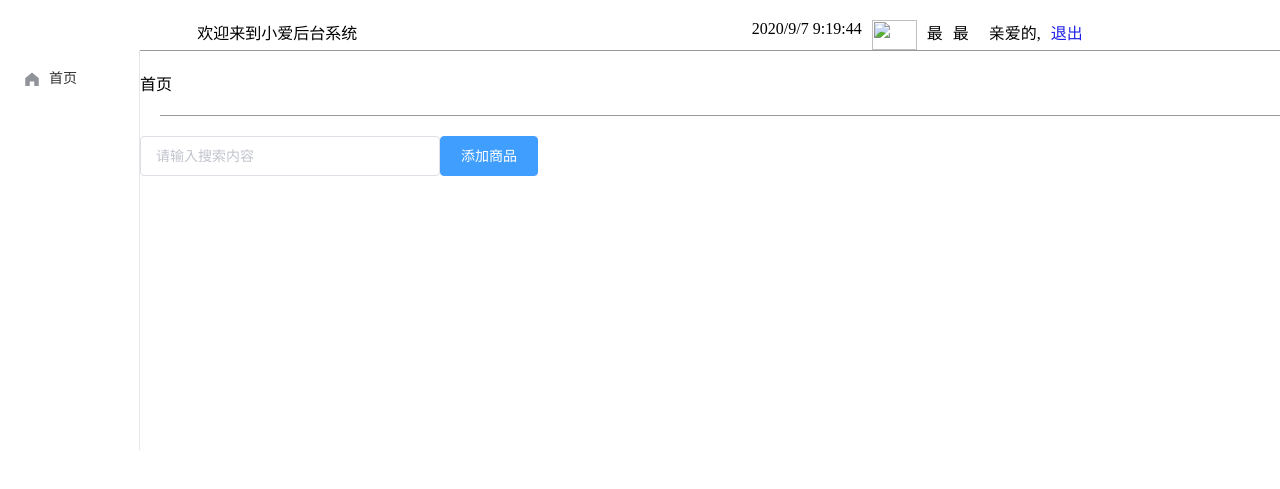
Repository: wujingwenwu/system
Page: /goods/goods
The author's editor kept a copy of each file at every save. The page is drawn from the files as they stood at one save, then again after the next save.
The browser window is 1280 px wide. The pictures show the whole page.
The page's requests for data from a server got no answer. The project was rebuilt for these pictures with package versions that can differ from the ones it lists, and the page was loaded fresh each time. No one was signed in, and anything a server would have sent is missing. Also part of the build but not shown: vue.config.js, src/views/Home.vue.

Above is the page before, as saved 2020-09-07 10:42:22.

### public/index.html
<!DOCTYPE html>
<html lang="en">
  <head>
    <meta charset="utf-8">
    <meta http-equiv="X-UA-Compatible" content="IE=edge">
    <meta name="viewport" content="width=device-width,initial-scale=1.0">
    <link rel="icon" href="<%= BASE_URL %>favicon.ico">
    <title><%= htmlWebpackPlugin.options.title %></title>
  </head>
  <body>
    <noscript>
      <strong>We're sorry but <%= htmlWebpackPlugin.options.title %> doesn't work properly without JavaScript enabled. Please enable it to continue.</strong>
    </noscript>
    <div id="app"></div>
    <!-- built files will be auto injected -->
    <!--[if lte IE 9]>
    <div style='position:absolute; top: 50%; left:50%; margin-top: -50px;margin-left: -400px; align-items: center;justify-content: center;'>
      <div style='width: 800px; height: 100px;text-align: center'>
        <h1>
        您的浏览器版本过低 请下载最新的谷歌浏览器
      </h1>
      <div style='text-align: center;width: 800px'>
        <a href='https://www.chromestatus.com/feature/5636954674692096'>下载谷歌浏览器点此链接</a>
      </div>
      </div>
    </div>
  <![endif]-->
  </body>
</html>

### src/main.js
import Vue from "vue";
import App from "./App.vue";
import router from "./router";
import store from "./store";
import './bus'
import axios from 'axios';
import ElementUI from 'element-ui'
import 'element-ui/lib/theme-chalk/index.css'
import  echarts from 'echarts';
Vue.config.productionTip = false;
Vue.prototype.$axios = axios;
Vue.use(ElementUI)
Vue.prototype.$echarts = echarts;
new Vue({
  router,
  store,
  render: h => h(App)
}).$mount("#app");

### src/App.vue
<template>
  <div id="app">
    <router-view />
  </div>
</template>

<style lang="scss">
@import "../src/style/demo";
* {
  margin: 0;
  padding: 0;
}
</style>

### src/router/index.js
import Vue from "vue";
import VueRouter from "vue-router";
import Home from "../views/Home.vue";
import Public from '../views/publics/Public'
Vue.use(VueRouter);

const routes = [
  {
    path: '/Home',
    redirect: '/'
  },
  {
    path: "/about",
    name: "About",
    // route level code-splitting
    // this generates a separate chunk (about.[hash].js) for this route
    // which is lazy-loaded when the route is visited.
    component: () =>
      import(/* webpackChunkName: "about" */ "../views/About.vue")
  },
  {
    path: "/login",
    name: "Login",
    component: () =>
      import("../views/login/Login"),

  },
  {
    path: "/",
    name: "首页",
    component: Public,
    children: [
      {
        path: "",
        name: "Home",
        component: Home,
        meta: {
          title: "首页",
          icon: 'el-icon-s-home'
        },
      }
    ]
  },
  {
    path: "/users",
    name: "Public",
    component: Public,
    meta: {
      title: "用户管理",
      icon: 'el-icon-user-solid',
    },
    children: [
      {
        path: "users",
        name: "Users",
        component: () => import("../views/users/Users"),
        meta: {
          title: "用户列表",
          icon: 'el-icon-folder-opened',
          path: "/users/users"
        },
      }

    ]
  },
  {
    path: "/rights",
    name: "Public",
    component: Public,
    meta: {
      title: "权限管理",
      icon: 'el-icon-folder'
    },
    children: [
      {
        path: "roles",
        name: "Roles",
        component: () => import("../views/roles/Roles"),
        meta: {
          title: "角色列表",
          icon: 'el-icon-setting',
          path: '/rights/roles'
        },
      },
      {
        path: "rights",
        name: "Roles",
        component: () => import("../views/rights/Rights"),
        meta: {
          title: "权限列表",
          icon: 'el-icon-c-scale-to-original',
          path: '/rights/rights'
        },
      },
    ]
  },
  {
    path: "/goods",
    name: "Public",
    component: Public,
    meta: {
      title: "商品管理",
      icon: 'el-icon-shopping-bag-2'
    },
    children: [
      {
        path: "goods",
        name: "Goods",
        component: () => import("../views/goods/Goods"),
        meta: {
          title: "商品列表",
          icon: 'el-icon-bangzhu',
          path: '/goods/goods'
        },
      },
      {
        path: "params",
        name: "Params",
        component: () => import("../views/params/Params"),
        meta: {
          title: "分类参数",
          icon: 'el-icon-bell',
          path: '/goods/params'
        },
      },
      {
        path: "categories",
        name: "Categories",
        component: () => import("../views/categories/Categories"),
        meta: {
          title: "商品分类",
          icon: 'el-icon-date',
          path: '/goods/categories'
        },
      },
    ]
  },
  {
    path: "/orders",
    name: "Public",
    component: Public,
    meta: {
      title: "订单管理",
      icon: 'el-icon-s-order'
    },
    children: [
      {
        path: "orders",
        name: "Orders",
        component: () => import("../views/orders/Orders"),
        meta: {
          title: "订单列表",
          icon: 'el-icon-folder-add',
          path: '/orders/orders'
        },
      }

    ]
  },
  {
    path: "/reports",
    name: "Public",
    component: Public,
    meta: {
      title: "数据统计",
      icon: 'el-icon-message'
    },
    children: [
      {
        path: "reports",
        name: "Reports",
        component: () => import("../views/reports/Reports"),
        meta: {
          title: "数据报表",
          icon: 'el-icon-position',
          path: '/reports/reports'
        },
      }

    ]
  },
];

const router = new VueRouter({
  mode: "history",
  base: process.env.BASE_URL,
  routes
});

export default router;

### src/store/index.js
import Vue from "vue";
import Vuex from "vuex";
import login from './login/login';
import publics from './publics/publics';
import report from './report/report';
import management  from './management/management';
import jurisdiction from './jurisdiction/jurisdiction';
import goodser from './goodser/goodser'
Vue.use(Vuex);

export default new Vuex.Store({
  state: {},
  mutations: {},
  actions: {},
  modules: {
    login,
    publics,
    report,
    management,
    jurisdiction,
    goodser
  }
});

### src/bus/index.js
import Vue from 'vue'
const bus = new Vue()
Vue.prototype.$bus = bus

### src/style/demo.scss
.d-f{
    display: flex;
    /* 弹性盒模型 */
}
.f-s-12{
    font-size: 12px;
    /* 字体大小为12px */
}
.f-s-14{
    font-size: 14px;
    /* 字体大小为14px */
}
.f-s-16{
    font-size: 16px;
    /* 字体大小为16px */
}
.f-w{
    font-weight: 700;
    /*字体 加粗 */
}
.f-c-ho{
    color: #f00;
    /* 红色 */
}
.f-c-hu{
    color: #ccc;
    /* 灰色 */
}
.f-c-b{
    color: #ffffff;
    /* 白色 */
}
.f-c-he{
    color: #000;
    /* 黑色 */
}
.t-a-l{
    text-align: left;
    /* 文本左对齐 */
}
.t-a-c{
    text-align: center;
    /* 文本居中 */
}
.t-a-r{
    text-align: right;
    /* 文本右对齐 */
}
.t-d-u{
    text-decoration: underline;
    /* 装饰在文本底部 */
}
.t-d-o{
    text-decoration: overline;
    /* 装饰在顶部 */
}
.t-d-l-t{
    text-decoration: line-through;
    /* 装饰在文本中间 */
}
.d-i{
    display: inline;
    /* 块级元素装换成行内元素 */
}
.d-i-b{
    display: inline-block;
    /* 块级元素装换成行内块元素 */
}
.d-b{
    display: block;
    /* 行内和行内块元素装换成块级元素 */
}
.d-n{
    display: none;
    /* 隐藏元素 */
}
.p-r{
    position: relative;
    /* 相对定位 */
}
.p-a{
    position: absolute;
    /* 绝对定位 */
}
.p-f{
    position: fixed;
    /* 固定定位 */
}
.b-r-50{
    border-radius: 50%;
    /* 圆角为50% */
}
.j-c-s-a{
    justify-content: space-around;
   /* 两边的子元素距离父元素的两边有间距，然后中间距离自动等分 */
}
.j-c-s-b{
    justify-content: space-between;
    /* 两边的子元素距离父元素没有间距，然后中间距离自动等分 */

}
.j-c-c{
    justify-content: center;
     /* 所有的子元素相当于父元素水平居中 */
}
.a-i-c{
    align-items: center;
    /* （竖轴排列方式）子元素相当于父元素垂直方向居中 */
}
.f-d-c{
    flex-direction: column;
    /* 弹性盒模型的竖项排列方式 */
}
*{
  margin: 0;
  padding: 0;
  /* 清除游览器的痕迹 */
}
.conter{
    display: flex;
    justify-content: center;
    /* 弹性盒模型，所有的文本在页面的中间 */
}
.warp{
   width: 1280px;
   /* 宽度为1280px，基本上不会超过1400px */
}
.o-h{
    overflow: hidden;
    /* 超出部分隐藏 */
}
.w-o-t{
    white-space: nowrap;
    overflow: hidden;
    text-overflow: ellipsis;
    /* 超出部分隐藏（只限字体） */
}
.d-n{
    display: none;
    /* 不占位置 */
}
.v-h{
    visibility: hidden;
    /* 占位置 */
}
.f-w-w{
    flex-wrap: wrap;
    /* 换行 */
}
.w-s-n{
    white-space: nowrap;
    /* 内容不换行 */
}
.m-t-20{
    margin-top: 20px;
    /* 向下20 */
}
.m-l-20{
    margin-left: 20px;

}
.m-t-10{
    margin-top: 10px;
}
.m-l-10{
    margin-left: 10px;
}
.b-c-hong{
    background-color: red;
}
.b-c-hei{
    background-color: black;
}
.b-c-bai{
    background-color: #ffffff;
}
.b-c-hui{
    background-color: #ccc;
}
.b-1-s-hong{
    border: 1px solid red;
}
.b-1-d-hong{
    border: 1px dashed red;
}
.b-1-s-bai{
    border: 1px solid #ffffff;
}
.b-1-d-bai{
    border: 1px dashed #ffffff;
}
.b-1-s-hei{
    border: 1px solid black;
}
.b-1-d-hei{
    border: 1px dashed black;
}
.b-1-s-hui{
    border: 1px solid #ccc;
}
.b-1-d-hui{
    border: 1px dashed #ccc;
}
.b-l-n{
    border-left: none;
    /* 左边框隐藏 */
}
.b-t-n{
    border-top: none;
}
.b-r-n{
    border-right: none;
}
.b-b-n{
    border-bottom: none;
}
.m-t-15{
    margin-top: 15px;
}
.m-t-30{
    margin-top: 30px;
}
.m-t-5{
    margin-top: 5px;
}
.b-none{
    border: none;
}
.f-s-18{
    font-size: 18px;
}
.m-l--10{
    margin-left: -10px;
}
.m-l-40{
    margin-left: 40px;
}
.m-t-40{
    margin-top: 40px;
}
.o-n{
    outline: none;
    /* 隐藏边框 */
}

### src/views/publics/Public.vue
<template>
<div>
  <div class="d-f publics j-c-s-a m-t-20">
    <div>欢迎来到小爱后台系统</div>
    <div class="d-f">
    <div>  {{ nowDate + ' ' + nowTime + ' ' }}</div>
     <div class="d-f m-l-10">

    <img :src="img" alt="" class="img">
    <div class="m-l-10">{{weather.type}}</div>
    <div>最{{weather.high}}</div>
    <div class="m-l-10">最{{weather.low}}</div>
    <div class="m-l-20">亲爱的,{{user}}</div>
    <div class="m-l-10 color" @click="toOut">退出</div>
    </div>
    </div>
  </div>
  <div class="d-f">
  <el-menu
      :default-active="$route.path"
      class="el-menu-vertical-demo"
      @open="handleOpen"
      @close="handleClose" unique-opened router>
       <el-menu-item index="/">
        <i class="el-icon-s-home"></i>
        <span slot="title">首页</span>
      </el-menu-item>
      <el-submenu :index="item.path" v-for="(item,index) in menus" :key="index" >
        <template slot="title">
         <i :class="item.icon"></i>
         <span>{{item.authName}}</span>
        </template>
        <el-menu-item-group v-for="(item1,index1) in item.children" :key="index1">

          <el-menu-item :index="item1.path"><i :class="item1.icon"></i>{{item1.authName}}</el-menu-item>

        </el-menu-item-group>
      </el-submenu>



    </el-menu>
    <div>
    <div class="show"></div>
    <div class="m-t-20">首页</div>
    <div class="show1 m-t-20"></div>
  <router-view></router-view>
  </div>
  </div>
  </div>
</template>

<script>
import { createNamespacedHelpers } from 'vuex'
const userModule = createNamespacedHelpers('publics')
const { mapState: userState, mapActions: userActions } = userModule
export default {
  name: "",
  props: {},
  data() {
    return {
      nowDate: "", // 当前日期
      nowTime: "", // 当前时间
      hous:'',
      weather:'',
      img:'',
      user:'',
      routes:''
    };
  },
  components: {},
  methods: {
    toOut(){
      this.$router.push('/login')
    },
    handleOpen(){

    },
    handleClose(){
    },
      ...userActions(['getMenus']),
      //获取当前时间
    currentTime() {
            setInterval(this.getDate, 500);
        },
        getDate: function() {
            var _this = this;
            let yy = new Date().getFullYear();
            let mm = new Date().getMonth() + 1;
            let dd = new Date().getDate();
            let hh = new Date().getHours();
            this.hous=new Date().getHours()
            let mf =
                new Date().getMinutes() < 10
                    ? "0" + new Date().getMinutes()
                    : new Date().getMinutes();
               let my =
                new Date().getSeconds() < 10
                    ? "0" + new Date().getSeconds()
                    : new Date().getSeconds();
            _this.nowTime = hh + ":" + mf +":"+ my;
            _this.nowDate = yy + "/" + mm + "/" + dd;
        },

  },
  mounted() {
    console.log(this.$router);
    this.routes=this.$router.options.routes
       this.getMenus()
      this.currentTime();
      //获取天气
     this.$axios
      .get("http://wthrcdn.etouch.cn/weather_mini?city=成都")
      .then((res) =>{
        // console.log(res.data.data);
        this.weather=res.data.data.forecast[0]//获取到当天的天气
        console.log(this.weather);
        if(this.weather.type=='多云'){
            this.img=require("../../image/90XB9(C7P}7EJ59[7O99%K5.png")
        }if(this.weather.type=='晴天'){
          this.img=require("../../image/{}BC(0D8R~BDMVK70GMGXYT.png")
        }if(this.weather.type=='小雨'){
          this.img=require("../../image/`1L(N@R7EQZ_8M3(AY`~O~C.png")
        }

      })
      .catch((err) =>{
        console.log(err);
      });
    this.user=localStorage.getItem('user')
  },
   // 销毁定时器
    beforeDestroy: function() {
        if (this.getDate) {
            console.log("销毁定时器")
            clearInterval(this.getDate); // 在Vue实例销毁前，清除时间定时器
        }
    },
  watch: {},
  computed: {
     ...userState(['menus'])
  }
};
</script>

<style scoped lang='scss'>
.img{
    width: 45px;
    height: 30px;
}
.color{
    color: rgb(31, 31, 231);
    cursor: pointer;
}
.el-menu-vertical-demo:not(.el-menu--collapse) {
    width: 200px;
    min-height: 400px;
  }
  .show{
    width: 1140px;
   height: 1px;
   background: #999;

  }
  .show1{
     width: 1120px;
   height: 1px;
   background: #999;
   margin-left: 20px;
  }
</style>

### src/views/goods/Goods.vue
<template>
<!--商品列表-->
 <div>
 <div class="d-f m-t-20">
 <el-input
  placeholder="请输入搜索内容" class="input"
  v-model="input"
  clearable>
</el-input>
<el-button type="primary">添加商品</el-button>
 </div>
 </div>
</template>

<script>
import { createNamespacedHelpers } from "vuex";
const userModule = createNamespacedHelpers("goodser");
const { mapState, mapActions } = userModule;
 export default {
   name:'',
   props:{

    },
   data () {
     return {
     query:'',
     pagenum:'1',
     pagesize:'10',
     input: '',
   }
   },
   components: {

   },
   methods: {
 ...mapActions(["getGoods"]),
   },
   mounted() {
    this.getGoods({
     query:this.query,
      pagenum:this.pagenum,
      pagesize:this.pagesize
    })
   },
   watch: {

   },
   computed: {
    ...mapState(["goods"])
   }
 }
</script>

<style scoped lang='scss'>
.input{
  width: 300px;
}
</style>

### src/store/login/login.js
import api from '../../components/http/api';
import router from '../../router';
import {Message} from 'element-ui';

export default {
  // 开启命名空间 这个文件就是单独的一个vuex的模块
  namespaced: true,
  state: {
    menus: []
  },
  mutations: {
    setMenus(state, data) {
      state.menus = data
    }
  },
  actions: {
    // 所有的请求都写在actions里面
    // action里面的方法可以传两个参数 第一个参数是整个store(vuex对象) 第二个参数是请求的参数

    async login( {commit},{username, password}) {
      console.log(commit);
      let res = await api.login({
        username,
        password
      })
      if (res.meta.status === 200) {
        // 存储信息
        localStorage.setItem('adminToken', res.data.token)
        localStorage.setItem('adminUser', JSON.stringify(res.data))
        localStorage.setItem('user',username)
        // 跳转路由
        router.push('/')
        // 提示用户
        Message.success('登录成功')
      } else {
        Message.error(res.meta.msg)
      }
    }
    // getMenus() {
    //   api.getMenus().then().catch()
    // }
  },
}

### src/store/report/report.js
import api from '../../components/http/api';
// import router from '../../router';
// import {Message} from 'element-ui';

export default {
  // 开启命名空间 这个文件就是单独的一个vuex的模块
  namespaced: true,
  state: {
   data:[],
   legend:[],
   xAxis:[]
  },
  mutations: {
    setData(state, data) {
      state.data = data
    },
    setLegend(state, data) {
        state.legend = data
      },
      setXAxis(state, data) {
        state.xAxis = data
      }
  },
  actions: {
    // 所有的请求都写在actions里面
    // action里面的方法可以传两个参数 第一个参数是整个store(vuex对象) 第二个参数是请求的参数

    async getReports( {commit}) {
      console.log(commit);
      let res = await api.getReports({

      })
      if (res.meta.status === 200) {
          this.data = res.data.series
          commit('setData', res.data.series)
          commit('setXAxis', res.data.xAxis[0].data)
          commit('setLegend', res.data.legend.data)
        console.log(res.data);
      }
    }

  },
}

### src/store/management/management.js
import api from '../../components/http/api';
import Vue from 'vue';
import dayjs from 'dayjs';
// import router from '../../router';
// import {Message} from 'element-ui';

export default {
  // 开启命名空间 这个文件就是单独的一个vuex的模块
  namespaced: true,
  state: {
    orderss:[],
    logistics:[]
  },
  mutations: {
    setOrderss(state, data) {
        state.orderss = data
    },
    setLogistics(state, data) {
      state.logistics = data
  },
  },
  actions: {
    // 所有的请求都写在actions里面
    // action里面的方法可以传两个参数 第一个参数是整个store(vuex对象) 第二个参数是请求的参数

    async getOrderss({ commit }, {query,pagenum,pagesize,user_id,pay_status,is_send,order_fapiao_title,order_fapiao_company,order_fapiao_content,consignee_addr}) {

      let res = await api.getOrderss({
        query,pagenum,pagesize,user_id,pay_status,is_send,order_fapiao_title,order_fapiao_company,order_fapiao_content,consignee_addr
      })
      if (res.meta.status === 200) {
        // 存储信息
        commit('setOrderss', res.data.goods)
       console.log(res.data);
      }
      res.data.goods.map(item=>{
        if(item.pay_status==='0'){
          Vue.set(item,'pay_statuss','未付款')
        }else{
          Vue.set(item,'pay_statuss','已付款')
        };
        item.create_time= dayjs(item.create_time).format('YYYY-MM-DD HH-mm-ss')
      })
    },

    async getLogistics({ commit }, {id}) {

      let res = await api.getLogistics({
        id
      })
      if (res.meta.status === 200) {
        // 存储信息
        commit('setLogistics', res.data)
        console.log(commit);
       console.log(res);
      }
    }
  },
}

### src/store/jurisdiction/jurisdiction.js
import api from '../../components/http/api';
import Vue from 'vue'
// import router from '../../router';
import {Message} from 'element-ui';

export default {
  // 开启命名空间 这个文件就是单独的一个vuex的模块
  namespaced: true,
  state: {
    power: [],
    roles:[],
    rights:[]
  },
  mutations: {
    setPower(state, data) {
      state.power = data
    },
    getRoles(state, data) {
      state.roles = data
    },
    setRights(state, data) {
      state.rights = data
    },
  },
  actions: {
    // 所有的请求都写在actions里面
    // action里面的方法可以传两个参数 第一个参数是整个store(vuex对象) 第二个参数是请求的参数
    async getPower( {commit},{type}) {
      console.log(commit);
      let res = await api.getPower({
        type
      })
      if (res.meta.status === 200) {
        commit('setPower', res.data)
       console.log(res.data);
      }
      res.data.map(item=>{
          if(item.level==='0'){
            Vue.set(item, 'levels','一级')
          }if(item.level==='1'){
            Vue.set(item, 'levels','二级')
          }if(item.level==='2'){
            Vue.set(item, 'levels','三级')
          }
      })
    },
    //角色列表
    async getRoles( {commit}) {
      console.log(commit);
      let res = await api.getRoles({

      }
      )
      console.log(res);
      if (res.meta.status === 200) {
        commit('getRoles', res.data)
       console.log(res);
      }
    },
    //添加角色
    async postAddrole( {dispatch},{roleName,roleDesc}) {
      let res = await api.postAddrole({
        roleName,roleDesc
      }
      )
      if (res.meta.status === 201) {
        dispatch('getRoles',
        )
        Message.success('添加用户成功')
       console.log(res);
      }
    },
    async deleteRole( {dispatch},{id}) {
      let res = await api.deleteRole({
        id
      }
      )
      if (res.meta.status === 200) {
        dispatch('getRoles',
        )
        Message.success('删除用户成功')
       console.log(res);
      }
    },
    async editRole( {dispatch},{id,roleName,roleDesc}) {
      let res = await api.editRole({
        id,roleName,roleDesc
      }
      )
      if (res.meta.status === 200) {
        dispatch('getRoles',
        )
        Message.success('修改用户成功')
       console.log(res);
      }
    },
    //获取权限管理
    async getRights( {commit},{type}) {
      let res = await api.getRights({
        type
      }
      )
      console.log(res);
      if (res.meta.status === 200) {
        commit('setRights', res.data)

      }
    },
    async setRoles( {commit},{roleId,rids}) {
      console.log(commit);
      let res = await api.setRoles({
        roleId, rids
      }
      )
      if (res.meta.status === 200) {
        console.log(res);
        Message.success('修改权限成功')
      }
    },
  },
}

### src/store/goodser/goodser.js
import api from '../../components/http/api';
// import Vue from 'vue'
// import router from '../../router';
// import {Message} from 'element-ui';

export default {
  // 开启命名空间 这个文件就是单独的一个vuex的模块
  namespaced: true,
  state: {
    goods:[]
  },
  mutations: {
    setGoods(state, data) {
        state.goods = data
      },
  },
  actions: {
    // 所有的请求都写在actions里面
    // action里面的方法可以传两个参数 第一个参数是整个store(vuex对象) 第二个参数是请求的参数
    async getGoods( {commit},{query,pagenum,pagesize}) {
      console.log(commit);
      let res = await api.getGoods({
        query,pagenum,pagesize
      })
      console.log(res);
      if (res.meta.status === 200) {
        commit('setGoods', res.data)

      }

    },






  },
}

### src/components/http/api.js
import service from './index';
import qs from 'qs'

export default {
  login({username, password}) {
    return service.post('/login', {
      username,
      password
    })
  },
  getMenus() {
    return service.get('menus')
  },
  getUserList({pagenum,pagesize,query}) {
    return service.get(`users?pagenum=${pagenum}&pagesize=${pagesize}&query=${query}`)
  },
  getState({uId,type}) {
    return service.put(`users/${uId}/state/${type}`)
  },
  getParty({username,password,email,mobile}) {
    return service.post(`users`,
    {username,password,email,mobile}
    )
  },
  //删除
  getDelete({id}) {
    return service.delete(`users/${id}`,
    )
  },
  //修改用户
  getAmend({id,email,mobile}) {
    return service.put(`users/${id}`,{email,mobile}
    )
  },
   //基于时间统计的折线图
   getReports() {
    return service.get(`reports/type/1/`)
  },
  //订单数据列表
  // query,user_id,pay_status,is_send,order_fapiao_title,order_fapiao_company,order_fapiao_content,consignee_addr
  getOrderss({pagenum,pagesize}) {
    return service.get(`orders?pagenum=${pagenum}&pagesize=${pagesize}`)
  },
    getPower({type}) {
      return service.get(`rights/${type}`)
    },
    //查看物流信息
    getLogistics({id}) {
      return service.get(`kuaidi/${id}`)
    },
    //角色列表
    getRoles() {
      return service.get(`roles`)
    },
    //添加角色
    postAddrole({roleName,roleDesc}) {
      return service.post(`roles`,{roleName,roleDesc})
    },
     //删除角色
     deleteRole({id}) {
      return service.delete(`roles/${id}`)
    },
     //编辑角色
     editRole({id,roleName,roleDesc}) {
      return service.put(`roles/${id}`,{roleName,roleDesc})
    },
    //分配权限
    setRoles({ roleId, rids }) {
      return service.post(`roles/${roleId}/rights`, qs.stringify({ rids }), {
        headers: { 'Content-Type': 'application/x-www-form-urlencoded' },
      });
    },
       // 权限管理
       getRights({type}) {
        return service.get(`rights/${type}`)
      },
        // 商品列表数据
        getGoods({query,pagenum,pagesize}) {
          return service.get(`goods?query=${query}&pagenum=${pagenum}&pagesize=${pagesize}`)
        },
}

### src/components/http/index.js
import axios from 'axios'
import nprogress from 'nprogress'
import {Message} from 'element-ui'

// 运行环境: 本地环境:devlpment 和线上(生产)环境: production
const isPro = process.env.NODE_ENV === 'production'

// 创建一个axios的实例
const service = axios.create({
  // 基础路径: 需要根据当前的运行环境来判断
  baseURL: isPro ? '线上的接口路径' : '/api',
  // 超时时间
  timeout: 100000
})


// 请求拦截: 每一次发请求都会做的事情
service.interceptors.request.use((config) => {
  nprogress.start()
  // 前后端鉴权
  // jwt: JSON WEB TOKEN
  // 登录成功之后 后端会返回一个令牌
  let token = localStorage.getItem('adminToken')
  if (token) {
    // 需要在请求头当中添加token
    config.headers['Authorization'] = token
  }
  return config
}, err => {
  nprogress.done()
  return Promise.reject(err)
})


// 响应拦截: 每一次接口返回数据的时候都会做的事情
service.interceptors.response.use((res) => {
  nprogress.done()
  return res.data
}, err => {
  if (err.response && err.response.status) {
    // 错误请求的状态码
    let status = err.response.status
    if (status === 400) {
      Message.error('参数错误')
    }
    if (status === 401) {
      Message.error('登录过期,请重新登录')
    }
    if (status === 403) {
      Message.error('没有权限')
    }
    if (status === 404) {
      Message.error('接口路径错误')
    }
    if (status === 500) {
      Message.error('服务器出错')
    }
    if (status === 503) {
      Message.error('服务器在维护')
    }
  }
  return Promise.reject(err)
})


export default service

Loaded but not shown: src/store/publics/publics.js (148 lines, source omitted)

After the next save:
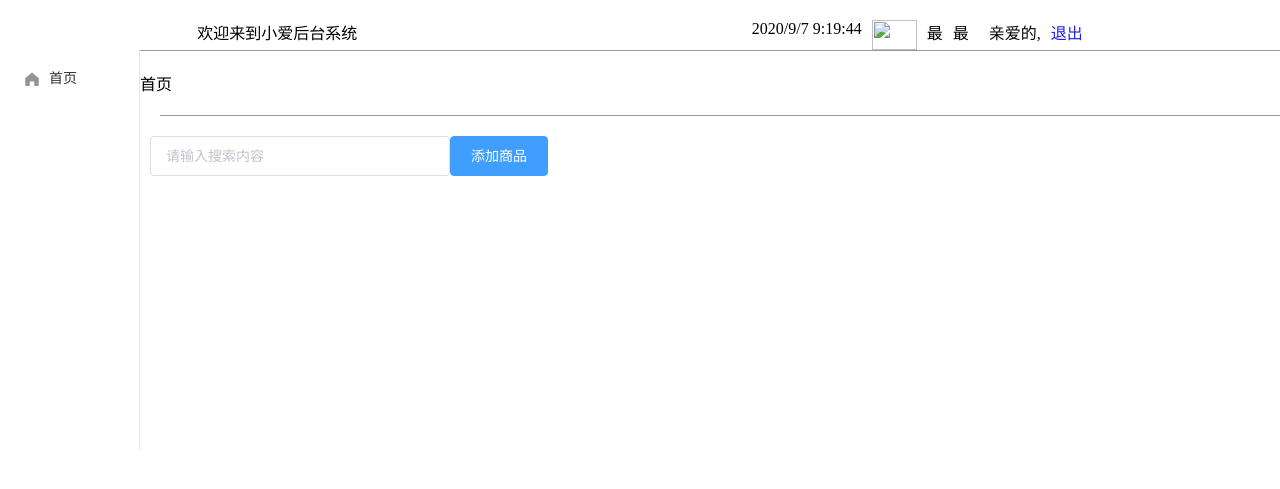
Saved 9 s later.
--- a/src/views/goods/Goods.vue
+++ b/src/views/goods/Goods.vue
@@ -3,7 +3,7 @@
  <div>
  <div class="d-f m-t-20">
  <el-input
-  placeholder="请输入搜索内容" class="input"
+  placeholder="请输入搜索内容" class="input m-l-10"
   v-model="input"
   clearable>
 </el-input>
